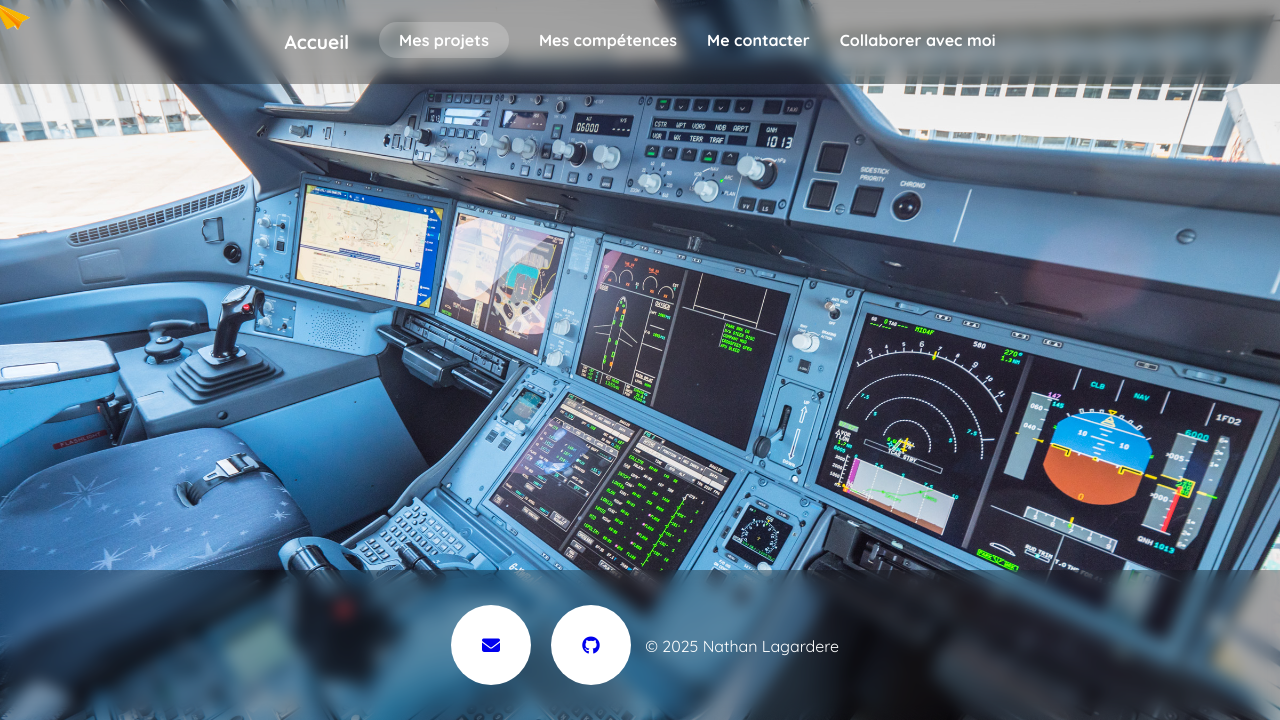
Repository: nlagardere/myportfolio
Page: projects.html
The author's editor kept a copy of each file at every save. The page is drawn from the files as they stood at one save, then again after the next save.
The browser window is 1280 px wide. The pictures show the whole page.

Above is the page before, as saved 2025-09-06 10:58:35.

### projects.html
<!DOCTYPE html>
<html lang="fr">
<head>
  <meta charset="UTF-8">
  <meta name="viewport" content="width=device-width, initial-scale=1.0">
  <title>Portfolio</title>

  <link href="https://fonts.googleapis.com/css2?family=Exo+2:wght@400;700&family=Quicksand:wght@400;700&display=swap" rel="stylesheet">
  <link rel="stylesheet" href="https://cdnjs.cloudflare.com/ajax/libs/font-awesome/6.5.0/css/all.min.css">

  <style>
    html{
      scroll-behavior: smooth;
      cursor: none;
    }

    body {
      font-family: 'Quicksand', sans-serif;
      margin: 0;
      padding: 0;
      min-height: 100vh;
      display: flex;
      flex-direction: column;
      background: url('a350.jpg') no-repeat center center;
      background-size: cover;
      color: #fff;

    }

    header {
      text-align: center;
      padding: 30px 20px;
      background: rgba(0,0,0,0.3);
      backdrop-filter: blur(8px);
    }

    .glasscard, .competences {
      background: rgba(255, 255, 255, 0.2);
      border-radius: 15px;
      padding: 20px;
      margin: 20px auto;
      max-width: 800px;
      backdrop-filter: blur(10px);
      box-shadow: 0 4px 30px rgba(0,0,0,0.1);
      text-align: center;
      animation: zoomPop 1s ease forwards;
      color: white;
    }

    .highlight {
      color: #FFD93D;
      font-weight: bold;
    }

    @keyframes zoomPop {
      0% { opacity: 0; transform: scale(0.1) translateZ(-800px); }
      60% { opacity: 1; transform: scale(1.2) translateZ(50px); }
      80% { transform: scale(0.95) translateZ(0); }
      100% { opacity: 1; transform: scale(1) translateZ(0); }
    }

    .wrapper {
      display: inline-flex;
      justify-content: center;
      list-style: none;
      padding: 20px 0;
      margin: 0 auto;
    }

    .wrapper .icon {
      position: relative;
      background: #ffffff;
      border-radius: 50%;
      padding: 15px;
      margin: 0 10px;
      width: 50px;
      height: 50px;
      font-size: 18px;
      display: flex;
      justify-content: center;
      align-items: center;
      cursor: pointer;
      transition: all 0.2s cubic-bezier(0.68, -0.55, 0.265, 1.55);
    }

    .wrapper .tooltip {
      position: absolute;
      bottom: 100%;
      left: 50%;
      transform: translateX(-50%) translateY(-10px);
      font-size: 14px;
      background: #333;
      color: #fff;
      padding: 5px 8px;
      border-radius: 5px;
      opacity: 0;
      pointer-events: none;
      white-space: nowrap;
      transition: all 0.3s cubic-bezier(0.68, -0.55, 0.265, 1.55);
      z-index: 10;
    }

    .wrapper .tooltip::before {
      content: "";
      position: absolute;
      top: 100%;
      left: 50%;
      transform: translateX(-50%) rotate(45deg);
      width: 8px;
      height: 8px;
      background: #333;
    }

    .wrapper .icon:hover .tooltip {
      opacity: 1;
      pointer-events: auto;
      transform: translateX(-50%) translateY(-15px);
    }

    .wrapper .mail:hover,
    .wrapper .mail:hover .tooltip,
    .wrapper .mail:hover .tooltip::before {
      background: #00CED1;
      color: #fff;
    }

    .wrapper .github:hover,
    .wrapper .github:hover .tooltip,
    .wrapper .github:hover .tooltip::before {
      background: #333333;
      color: #fff;
    }

    .footer{
      text-align: center;
      padding: 15px 20px;
      background: rgba(0,0,0,0.3);
      backdrop-filter: blur(8px);
      color: white;
      margin-top: auto;
    }

    .navbar ul {
      list-style: none;
      padding: 0;
      margin: 0;
      display: flex;
      justify-content: center;
      gap: 30px;
      flex-wrap: wrap;
    }
    .navbar ul li {
      display: inline;
    }
    .navbar ul li a {
      text-decoration: none;
      color: white;
      font-weight: bold;
      transition: color 0.3s;
    }
    .navbar ul li a:hover {
      color: #FFD93D;
    }

    .navbar .accueil a {
      font-size: 1.2em;
      font-weight: bold;
      color: #ffffff;
    }
    .navbar .accueil a:hover {
      color: #FFD93D;
    }

    .projets-wrapper {
      background: rgba(255, 255, 255, 0.2);
      backdrop-filter: blur(10px);
      padding: 8px 20px;
      border-radius: 25px;
      color: #fff;
      font-weight: bold;
      transition: all 0.3s ease;
    }

    .projets-wrapper:hover {
      background: rgba(255, 255, 255, 0.4);
      transform: scale(1.05);
      color: #FFD93D;
    }

    #mouse {
  position: fixed;
  top: 0;
  left: 0;
  width: 64px;
  height: 64px;
  background: url('cursor.png') no-repeat center center;
  background-size: contain;
  pointer-events: none; /* pour que le curseur ne bloque pas les clics */
  transform: translate(-50%, -50%);
  z-index: 9999;
  transform: translate(-35%, -25%);
  pointer-events: none;
}




    @media (max-width: 600px) {
      .letter-block .letter {
        font-size: 2.5em;
      }
    }

  </style>
</head>
<body>
  <div id="mouse"></div>
  <header>
    <nav class="navbar">
      <ul>
        <li class="accueil">
          <a href="index - Copie.html">Accueil</a>
        </li>
        <li><a href="projects.html" class="projets-wrapper">Mes projets</a></li>
        <li><a href="competences.html">Mes compétences</a></li>
        <li><a href="contact.html">Me contacter</a></li>
        <li><a href="collaborate.html">Collaborer avec moi</a></li>
      </ul>
    </nav>
  </header>



  <div class="footer">
    <ul class="wrapper">
      <li class="icon mail">
        <a href="mailto:nathan.lagardere@gmail.com" target="_blank">
          <span class="tooltip">Mail</span>
          <i class="fas fa-envelope"></i>
        </a>
      </li>
      <li class="icon github">
        <a href="https://github.com/nlagardere" target="_blank">
          <span class="tooltip">Github</span>
          <i class="fab fa-github"></i>
        </a>
      </li>
    </ul>
    © 2025 Nathan Lagardere
  </div>

  <script>
    const mouse = document.querySelector('#mouse')
    window.addEventListener('mousemove', (e) => {
      mouse.style.top = e.pageY + 'px'
      mouse.style.left = e.pageX + 'px'
    })
  </script>
</body>
</html>

After the next save:
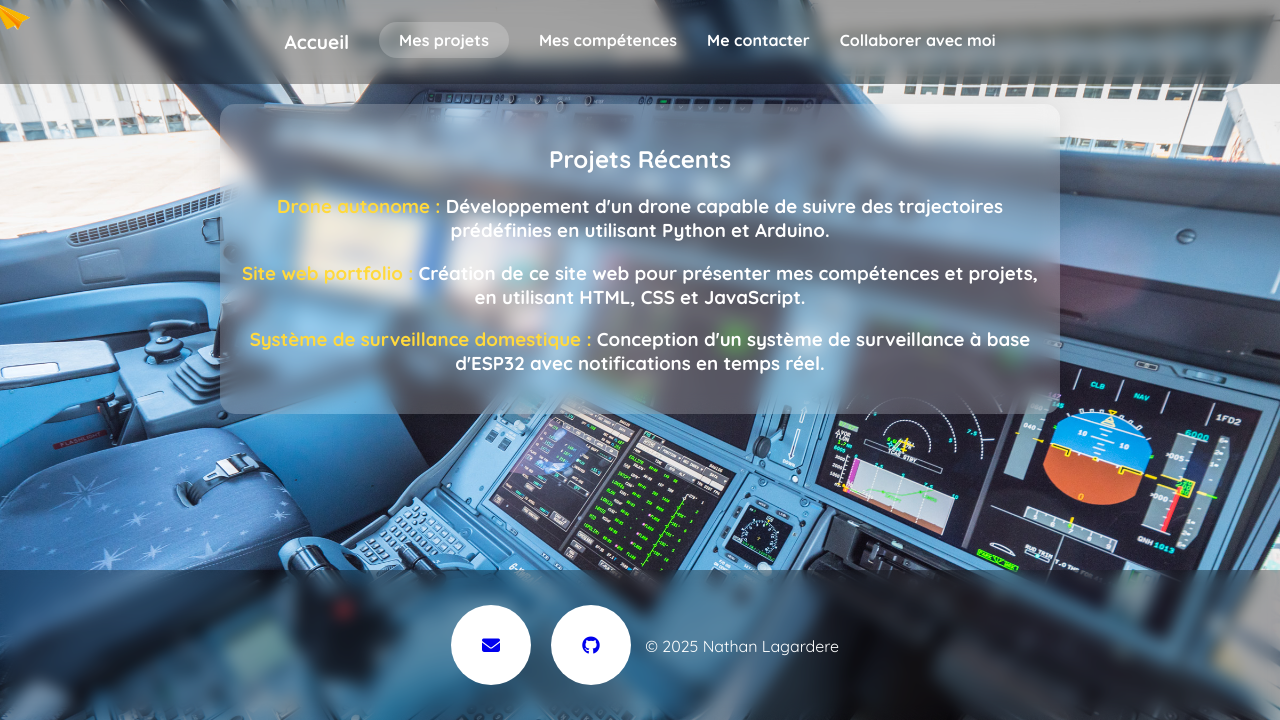
Saved 3 s later.
--- a/projects.html
+++ b/projects.html
@@ -229,6 +229,14 @@
     </nav>
   </header>
 
+ <div calss="projects">
+    <div class="glasscard">
+      <h2>Projets Récents</h2>
+      <h3><span class="highlight">Drone autonome :</span> Développement d'un drone capable de suivre des trajectoires prédéfinies en utilisant Python et Arduino.</h3>
+      <h3><span class="highlight">Site web portfolio :</span> Création de ce site web pour présenter mes compétences et projets, en utilisant HTML, CSS et JavaScript.</h3>
+      <h3><span class="highlight">Système de surveillance domestique :</span> Conception d'un système de surveillance à base d'ESP32 avec notifications en temps réel.</h3>
+    </div>
+  </div>
 
 
   <div class="footer">
